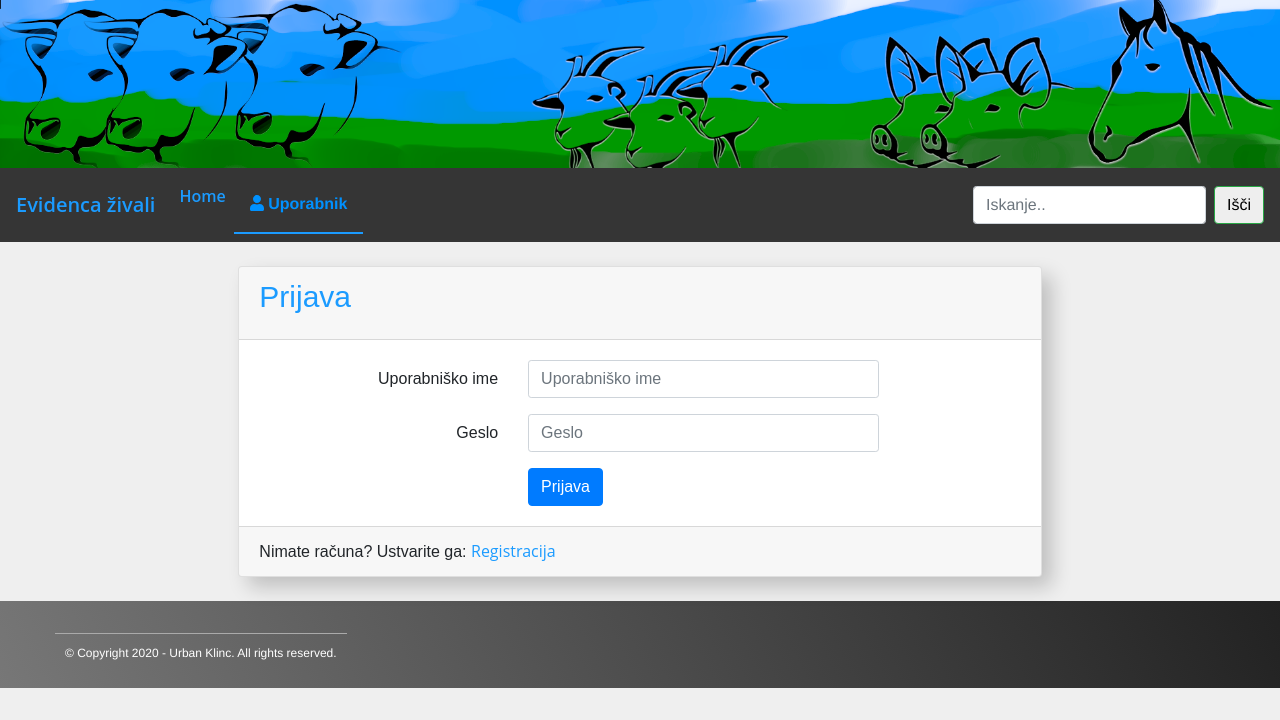
Repository: UrbyK/evidenca
Page: http://localhost/index.php?page=login
These files come from the project's save history. The page is drawn as it stood at one moment and after the next save; the edit follows.
The browser window is 1280 px wide. The pictures show the whole page.
Some web fonts or font styles are not loaded; a fallback is used. Some web libraries are served in a nearby version. The page is run by PHP 8.4 with error messages shown; the project is at /var/www/html/.

Above is the page before, as saved 2020-06-09 12:33:16.

### index.php
<?php

    include('./functions.php');
    $pdo = pdo_connect_mysql();

    $page = isset($_GET['page']) && file_exists($_GET['page']. '.php') ? $_GET['page'] : 'home';
    include($page . '.php');
?>

### functions.php
<?php
    session_start();
    include('./inc/dbh.inc.php');

function template_header($title){
    include_once('./header.php');
}

function template_footer(){
    include_once('./footer.php');
}

function get_animal($idanimal){
    $pdo = pdo_connect_mysql();
    $stmt = $pdo->prepare("SELECT * FROM animals WHERE idanimals = $idanimal");
    $stmt->execute();
    $result = $stmt->fetchAll(PDO::FETCH_ASSOC);
    foreach($result as $item):
        echo $item['ear_tag'] ." ".$item['name'];
    endforeach;
}

function is_admin() {
    if (isset($_SESSION['admin']) && ($_SESSION['admin'] == 1)) {
        return true;
    }
    else {
        return false;
    }
}


?>

### inc/dbh.inc.php
<?php
function pdo_connect_mysql(){
    /* credentials */
    $dbHost = 'localhost';
    $dbUser = 'root';
    $dbPass = '';
    $dbName = 'evidenca_zivali';

    try{
        return new PDO('mysql:host=' . $dbHost . ';dbname=' . $dbName . ';charset=utf8', $dbUser, $dbPass);
    } catch (PDOException $exception) {
    	// If there is an error with the connection, stop the script and display the error.
    	die ('Failed to connect to database!'. $exception->getMessage());
    }
}
?>

### login.php
<?=template_header("Login")?>

<div class="my-form">
    <div class="row justify-content-center">
        <div class="col-sm-8">
            <div class="card user-form">
                <div class="card-header">
                    <h1 class="card-title">Prijava</h1>
                </div>
                <div class="card-body">
                    <form method="post" action="./inc/login.inc.php" class="content">
                        <div class="form-group row">
                            <label class="col-md-4 col-form-label text-md-right" for="username">Uporabniško ime</label>
                            <div class="col-md-6">
                                <input type="text" class="form-control" name="username" id="username" placeholder="Uporabniško ime" required>
                            </div>
                        </div>
                        <div class="form-group row">
                            <label class="col-md-4 col-form-label text-md-right" for="password">Geslo</label>
                            <div class="col-md-6">
                                <input type="password" class="form-control" name="password" id="password" placeholder="Geslo" required>
                            </div>
                        </div>

                        <div class="col-md-6 offset-md-4">
                        <button type="submit" name="log_btn" class="btn btn-primary" value="Vpiši se">
                            Prijava
                            </button>
                        </div>

                    </form>
                </div>
                <div class="card-footer">
                    Nimate računa? Ustvarite ga: <a href="./index.php?page=register">Registracija</a>
                </div>
            </div>
        </div>
    </div>
</div>

<?=template_footer()?>

### header.php
<!DOCTYPE htmL>
<html>
    <head>
        <meta charset="utf-8" content="text/html">
        <meta name="viewport" content="width=device-width, initi">

    <!-- JAVASCRIPT -->
        <script src="https://cdnjs.cloudflare.com/ajax/libs/javascript.util/0.12.12/javascript.util.min.js"
        integrity="sha256-eiohPQlDytO6qQO+k+xX6LyVgfXcTzlPCy9t/VjceYo="
        crossorigin="anonymous"></script>

    <!-- JQuery -->
        <script src="https://code.jquery.com/jquery-3.5.1.js"
        integrity="sha256-QWo7LDvxbWT2tbbQ97B53yJnYU3WhH/C8ycbRAkjPDc="
        crossorigin="anonymous"></script>

    <!-- BOOTSTRAP -->
        <link href="https://stackpath.bootstrapcdn.com/bootstrap/4.5.0/css/bootstrap.min.css"
        rel="stylesheet" integrity="sha384-9aIt2nRpC12Uk9gS9baDl411NQApFmC26EwAOH8WgZl5MYYxFfc+NcPb1dKGj7Sk"
        crossorigin="anonymous">
        <script src="https://stackpath.bootstrapcdn.com/bootstrap/4.5.0/js/bootstrap.min.js"
        integrity="sha384-OgVRvuATP1z7JjHLkuOU7Xw704+h835Lr+6QL9UvYjZE3Ipu6Tp75j7Bh/kR0JKI"
        crossorigin="anonymous"></script>
        <script src="https://stackpath.bootstrapcdn.com/bootstrap/4.5.0/js/bootstrap.bundle.min.js"
        integrity="sha384-1CmrxMRARb6aLqgBO7yyAxTOQE2AKb9GfXnEo760AUcUmFx3ibVJJAzGytlQcNXd"
        crossorigin="anonymous"></script>

    <!-- FONT AWSEMOE -->
        <script src="https://cdnjs.cloudflare.com/ajax/libs/font-awesome/5.12.1/js/all.min.js"
        integrity="sha256-MAgcygDRahs+F/Nk5Vz387whB4kSK9NXlDN3w58LLq0=" crossorigin="anonymous"></script>

    <!-- CSS -->
        <link rel="stylesheet" href="./css/style.css">

    <!-- Active menu item -->
        <script src="./js/active-menu.js" crossorigin="anonymous"></script>

    </head>

    <body>
        <header>
            <div class="banner"><img src="./DB/img/animal-banner.png" alt="banner"><!--<img src="https://via.placeholder.com/1900x250" alt="banner">--></div>
        </header>

       <!-- <nav class="navbar sticky-top navbar-expand-lg navbar-light bg-light ">-->
        <nav class="navbar sticky-top navbar-expand-lg">
            <a class="navbar-brand" href="./index.php">Evidenca živali</a>
            <button class="navbar-toggler" type="button" data-toggle="collapse" data-target="#navbarSupportedContent" aria-controls="navbarSupportedContent" aria-expanded="false" aria-label="Toggle navigation">
                <span class="navbar-toggler-icon"></span>
            </button>

            <div class="collapse navbar-collapse" id="navbarSupportedContent">
                <ul class="navbar-nav mr-auto">

                    <li class="nav-item">
                        <a class="nav-link" href="./index.php">Home <span class="sr-only">(current)</span></a>
                    </li>
                    <?php if(isset($_SESSION['user_id']) && !empty($_SESSION['user_id'])): ?>
                    <li class="nav-item">
                        <div class="dropdown">
                            <button class="dropbtn">Živali</button>
                            <div class="dropdown-content">
                                <a class="nav-link" href="./index.php?page=animals">Vse živali</a>
                            </div>
                        </div>
                    </li>
                    <?php endif; ?>

                    <li class="nav-item">
                        <div class="dropdown">
                            <button class="dropbtn"><i class="fas fa-user"></i> Uporabnik</button>
                            <div class="dropdown-content">
                                <?php if(empty($_SESSION['user_id'])): ?>
                                    <a class="nav-link" href="./index.php?page=login" title="Login"><i class="fas fa-sign-in-alt"></i></i> Prijava</a>
                                    <a class="nav-link" href="./index.php?page=register" title="Register"><i class="fas fa-user-plus"></i> Registracija</a>
                                <?php endif; ?>
                                <?php if(isset($_SESSION['user_id']) && !empty($_SESSION['user_id'])): ?>
                                    <a class="nav-link" href="./index.php?page=profile" title="Profil"><i class="fas fa-address-card"></i> Profil</a>
                                    <a class="nav-link" href="./index.php?page=animal-add" title="Dodaj žival">Dodaj žival</a>
                                    <a class="nav-link" href="./index.php?page=logout" title="Logout"><i class="fas fa-sign-out-alt"></i> Izpis</a>
                                <?php endif; ?>
                            </div>
                        </div>
                    </li>
                </ul>

                <form method="GET" class="form-inline my-2 my-lg-0 search-area" action="./search.php">
                    <input class="form-control mr-sm-2" type="text" name="search" placeholder="Iskanje..">
                    <button class="btn btn-outline-success my-2 my-sm-0" name="search_btn" type="submit">Išči</button>
                </form>
            </div>
        </nav>

    <div class="container-fluid">

### footer.php
</div>  <!-- container-fluid -->

<footer class="flow-footer" role="contentinfo">

<div class="footer-wrapper">
  <div class="container container-footer">
    <div class="row">
      <!-- Column-->
      <!-- <div class="col-lg-6 col-md-6 col-sm-6 col-12">
        <div class="footer-pad">
        </div>  footer-pad
      </div> col col-lg col-md col-sm -->
      <!-- Column end -->

      <!-- <div class=" col-12">

        <h4>Sledite nam!</h4>
        <ul class="social-network social-circle">
          <li><a href="https://www.facebook.com" target="_blank" class="icoFacebook" title="Facebook"><i class="fab fa-facebook-f"></i></a></li>
          <li><a href="https://www.linkedin.com" target="_blank" class="icoLinkedin" title="Linkedin"><i class="fab fa-linkedin-in"></i></a></li>
          <li><a href="https://www.youtube.com" target="_blank" class="icoYoutube" title="Youtube"><i class="fab fa-youtube"></i></a></li>
          <li><a href="https://twitter.com" target="_blank" class="icoTwitter" title="Twitter"><i class="fab fa-twitter"></i></a></li>
        </ul>
      </div>  footer-pad
    </div> col col-lg col-md col-sm -->

  <div class="row">
    <div class="col-12 copy">
      <p class="text-center">&copy; Copyright 2020 - Urban Klinc.  All rights reserved.</p>
    </div>
  </div> <!-- row -->

  </div> <!-- container -->
</div><!-- footer-wrapper -->

</footer>

### css/style.css
@import url('http://fonts.googleapis.com/css?family=Oxygen+Mono');
@import url('https://fonts.googleapis.com/css?family=Damion|Neucha|Pacifico|Yellowtail&display=swap');
@import url('https://fonts.googleapis.com/css?family=Raleway:300,400,600');

* {
    text-decoration: none;
}

body{
    padding: 0;
    margin: 0 auto;
    font-size: 16px;
    font-family: 'Josefin Slab', Helvetica, Palatino, Verdana, sans-serif;
    background-color: #efefef;
}

a{
    color: #1b9bff;
    font-family: "Open Sans", Helvetica, sans-serif;

}

h1, h2, h3, h4, h5, h6{
    color: #1b9bff;
    font-family: 'Oxygen Mono', Tahoma, Arial, sans-serif;
/*font-family: 'Oxygen Mono', Tahoma, Arial, sans-serif;*/
}

h1{
    font-size: 30px;
}

h2{
    font-size: 26px;
}

h3{
    font-size: 22px;
}

h4{
    font-size: 18px;
}

h5{
    font-size: 14px;
}

h6{
    font-size: 10px;
}

/* ========= HEADER ======== */

/*Banner*/
header .banner{
    max-width: 100%;
    max-height: 250px;
    min-height: 50px;
    height: auto;
    position: relative;
    top: 0px;
    margin: 0 auto;
/*background-image: url(../img/animals-2222007_1920.jpg);*/
}

header .banner img{
    max-width: 100%;
    width: 100%;
    max-height: 250px;
    min-height: 50px;
    height: auto;
    position: relative;
    top: 0px;
    margin: 0 auto;
}

/* hide banner */
@media all and (max-width: 800px){
.banner{
    display: none;
    }
}

/* NAVBAR */

.navbar {
    background-color: #353535;
    color: #0091ff;
    font-weight: 600;
}

.active {
    border-bottom: 2px solid #1b9bff;
}

.navbar button {
    background-color: #eee;
    color: #010101;
    font-weight: 550;
}

.navbar button i {
    margin: auto;
}
.navbar .dropdown .dropbtn{
    background-color: inherit;
    color: inherit;
    font: inherit;
}

/* to override the existing css for "a" tag */
.navbar .active a {
    color: #fff;
}

#navbarToggler ul li {
    border-right: 1px solid #eee;
}

#navbarToggler ul li:last-child {
    border-right: none;
}

/* shoping cart icon */
.link-icons {
    display: flex;
    flex-grow: 1;
    flex-basis: 0;
    justify-content: flex-end;
    align-items: center;
    position: relative;
    max-width: 50px;
}
.link-icons a {
    text-decoration: none;
    color: #63748e;
    padding: 0 10px;
}
.link-icons a:hover {
    color: #8e97a5;
}
.link-icons a i {
    font-size: 18px;
}
.link-icons a span {
    display: inline-block;
    text-align: center;
    background-color: #63748e;
    border-radius: 50%;
    color: #FFFFFF;
    font-size: 12px;
    line-height: 16px;
    width: 16px;
    height: 16px;
    font-weight: bold;
    position: absolute;
    top: 22px;
    right: 0;
}

/* HOVER DROPDOWN */
.dropbtn {
    color: inherit;
    padding: 16px;
    font-size: 16px;
    border: none;
}

.dropbtn:hover {
    color: inherit;
}

/* The container <div> - needed to position the dropdown content */
.dropdown {
    position: relative;
    display: inline-block;
}

/* Dropdown Content (Hidden by Default) */
.dropdown-content {
    display: none;
    position: absolute;
    background-color: #757575;
    min-width: 160px;
    box-shadow: 0px 8px 16px 0px rgba(0,0,0,0.2);
    z-index: 1;
}

/* Links inside the dropdown */
.dropdown-content a {
    color: #fff;
    padding: 12px 16px;
    text-decoration: none;
    display: block;
}

/* Change color of dropdown links on hover */
.dropdown-content a:hover {
    background-color: #009900;
    color: #111;
}

/* Show the dropdown menu on hover */
.dropdown:hover .dropdown-content {
    display: block;
}

/* Change the background color of the dropdown button when the dropdown content is shown */
.dropdown:hover .dropbtn {
    background-color: #1b9bff;
    color: #fff;
}

/* FOOTER */
footer {
    background: #535355;
    background: -webkit-linear-gradient(63deg, #777777, #222222);
    background: linear-gradient(63deg, #777777, #222222);
    color: white;
    }

footer a {
    color: #fefefe;
    font-size: 14px;
    transition-duration: 0.2s;
}

footer a:hover {
    color: #1b9bff;
    text-decoration: none;
}

.copy {
    font-size: 12px;
    padding: 10px;
    border-top: 1px solid #aaa;
}

.footer-wrapper {
    padding-top: 2em;
    color: white;
}



/*SOCIAL ICONS*/
/* footer social icons */

ul.social-network {
    list-style: none;
    display: inline;
    margin-left: 0 !important;
    padding: 0;
}

ul.social-network li {
    display: inline;
    margin: 0 5px;
}


/* footer social icons */

.social-network a.icoFacebook:hover {
background-color: #3B5998;
}

.social-network a.icoLinkedin:hover {
background-color: #007bb7;
}

.social-network a.icoYoutube:hover {
    background-color: #FF0000;
}

.social-network a.icoTwitter:hover {
    background-color: #00aced;
}

.social-network a.icoFacebook:hover i,
.social-network a.icoLinkedin:hover i,
.social-network a.icoYoutube:hover i,
.social-network a.icoTwitter:hover i{
    color: #fff;
}

.social-network a.socialIcon:hover,
.socialHoverClass {
    color: #44BCDD;
}

.social-circle li a {
    display: inline-block;
    position: relative;
    margin: 0 auto 0 auto;
    -moz-border-radius: 50%;
    -webkit-border-radius: 50%;
    border-radius: 50%;
    text-align: center;
    width: 30px;
    height: 30px;
    font-size: 18px;
    color: #353535;
}

.social-circle li i {
    margin: 0;
    line-height: 30px;
    text-align: center;
}

.social-circle li a:hover {
    -moz-transform: rotate(360deg);
    -webkit-transform: rotate(360deg);
    -ms--transform: rotate(360deg);
    transform: rotate(360deg);
    -webkit-transition: all 0.6s;
    -moz-transition: all 0.6s;
    -o-transition: all 0.6s;
    -ms-transition: all 0.6s;
    transition: all 0.6s;
    color: #fff;
}

.social-circle i {
    color: #353535;
    -webkit-transition: all 0.8s;
    -moz-transition: all 0.8s;
    -o-transition: all 0.8s;
    -ms-transition: all 0.8s;
    transition: all 0.8s;
}
/* backgounf of icons when displayed */
.social-network a {
    background-color: #f9f9f9;
}


/* FORMS */
input{
    border: 1px solid #ced4da;
    border-radius: .20rem;
    transition: border-color .15s ease-in-out, box-shadow .15s ease-in-out;
}

/* LOGIN && REGISTRATION FORMS */

.my-form
{
    padding-top: 1.5rem;
    padding-bottom: 1.5rem;
    font-family: Raleway, sans-serif;
}

.my-form h1{
    font-family: inherit;
}

.my-form .row
{
    margin-left: 0;
    margin-right: 0;
}

.form-control{
    border: 1px solid #ced4da;
    border-radius: .20rem;
    transition: border-color .15s ease-in-out, box-shadow .15s ease-in-out;
}
.card {
    box-shadow: 10px 10px 20px rgba(0,0,0,0.2);
}

/* HOVER BOX */

.hvrbox,
.hvrbox * {
  box-sizing: border-box;
}

.hvrbox {
  position: relative;
  display: inline-block;
  overflow: hidden;

  height: 100%;
  width: auto;
  margin-top: 5%;
  padding-bottom: 10px;

  border-bottom: 1px dashed #aaa;
}

.hvrbox img {
  max-width: 100%;
  margin: auto;
}

.hvrbox .hvrbox-layer_bottom {
  display: block;
}

.hvrbox .hvrbox-layer_top {
  opacity: 0;
  position: absolute;
  top: 0;
  left: 0;
  right: 0;
  bottom: 0;
  width: 100%;
  height: 100%;
  background: rgba(0, 0, 0, 0.6);
  color: #fff;
  padding: 15px;
  -moz-transition: all 0.5s ease-in-out 0s;
  -webkit-transition: all 0.5s ease-in-out 0s;
  -ms-transition: all 0.5s ease-in-out 0s;
  transition: all 0.5s ease-in-out 0s;
}

.hvrbox:hover .hvrbox-layer_top,
.hvrbox.active .hvrbox-layer_top {
  opacity: 1;
  height: 100%;
}

.hvrbox .hvrbox-text {
  text-align: center;
  font-size: 17px;
  display: inline-block;
  position: absolute;
  top: 50%;
  left: 50%;
  -moz-transform: translate(-50%, -50%);
  -webkit-transform: translate(-50%, -50%);
  -ms-transform: translate(-50%, -50%);
  transform: translate(-50%, -50%);
}

.hvrbox .hvrbox-text_mobile {
  font-size: 15px;
  border-top: 1px solid rgb(179, 179, 179); /* for old browsers */
  border-top: 1px solid rgba(179, 179, 179, 0.7);
  margin-top: 5px;
  padding-top: 2px;
  display: none;
}

.hvrbox.active .hvrbox-text_mobile {
  display: block;
}

.hvrbox .hvrbox-layer_slideup {
  -moz-transform: translateY(100%);
  -webkit-transform: translateY(100%);
  -ms-transform: translateY(100%);
  transform: translateY(100%);
}

.hvrbox:hover .hvrbox-layer_slideup,
.hvrbox.active .hvrbox-layer_slideup {
  -moz-transform: translateY(0);
  -webkit-transform: translateY(0);
  -ms-transform: translateY(0);
  transform: translateY(0);
}

.hvrbox:hover .price{
  color: #fff;
  -moz-transition: color 0.8s ease 0s;
  -webkit-transition: color 0.8s ease 0s;
  -ms-transition: color 0.8s ease 0s;
  transition: color 0.8s ease 0s;
}

.btn-container{
    max-width: 300px;
    margin: 10px auto;
    text-align: center;
  }

  .btn.active, .btn:active {
    background: #cecece;
    text-decoration: none;
}

/* ANIMAL SHOW */
.animal-table{
    margin: 5px;
}
.animal-table table{
    width: 100%;
}

.animal-table table th{
    font-size: 20px;
    font-weight: 600;
}

.animal-table table,
.animal-table table tr td,
.animal-table table tr th{
    margin: 15px auto 0 auto;
    border: 2px solid #353535;
    box-shadow: 0 0 0 3px hsl(0, 0%, 70%);
    max-height: 150px;
}

.animal-table table td{
    min-width: 100px;
    max-height: 150px;

}


.animal-table{
	display: flex;
    padding: 15px 25px 15px 0px;
}

.animal img{
  max-width: 100%;
  margin: 0 auto;
  border: 2px solid #aaa;
  border-radius: 10px;
  align-content: center;
}

.animal-info{
  margin: auto 0;
  padding-right: 5%;
  padding-bottom: 55px;
  background-color: #efefef;
}

.animal-info h1 {
	font-size: 34px;
	font-weight: normal;
	margin: 0;
  padding: 20px 0 10px 0;
  color: #1b9bff;
  font-family:  'Franklin Gothic Medium', 'Arial Narrow', Arial, sans-serif;
}

.home-row{
    height: 60vh;
}

.home-card{
    margin: auto;
}

.table tr td{
    font-size: 18px;
    font-weight: 800;
}
.controls{
    margin-top: 10px;
}


.comments{
    margin-left: 25px;
    max-width: 750px;
}

.comments .card{
    width: 100%;
}

textarea#styled {
    max-width: 600px;
    width: 400px;
	height: 120px;
	border: 3px solid #cccccc;
	padding: 5px;
	font-family: Tahoma, sans-serif;
	background-image: url(bg.gif);
	background-position: bottom right;
	background-repeat: no-repeat;
}

/* COMMENTS */
.row .acomment{
    border: 1px solid #353535;
    box-shadow: 0px 8px 16px 0px rgba(0,0,0,0.2);
}
.checked{
    color: #009900;
}

### js/active-menu.js
$(function(){
    // this will get the full URL at the address bar
    var url = window.location.href;

    // passes on every "a" tag
    $(".navbar a").each(function() {
            // checks if its the same on the address bar
        if(url == (this.href)) {
            $(this).closest("li").addClass("active");
        }
    });
});

After the next save:
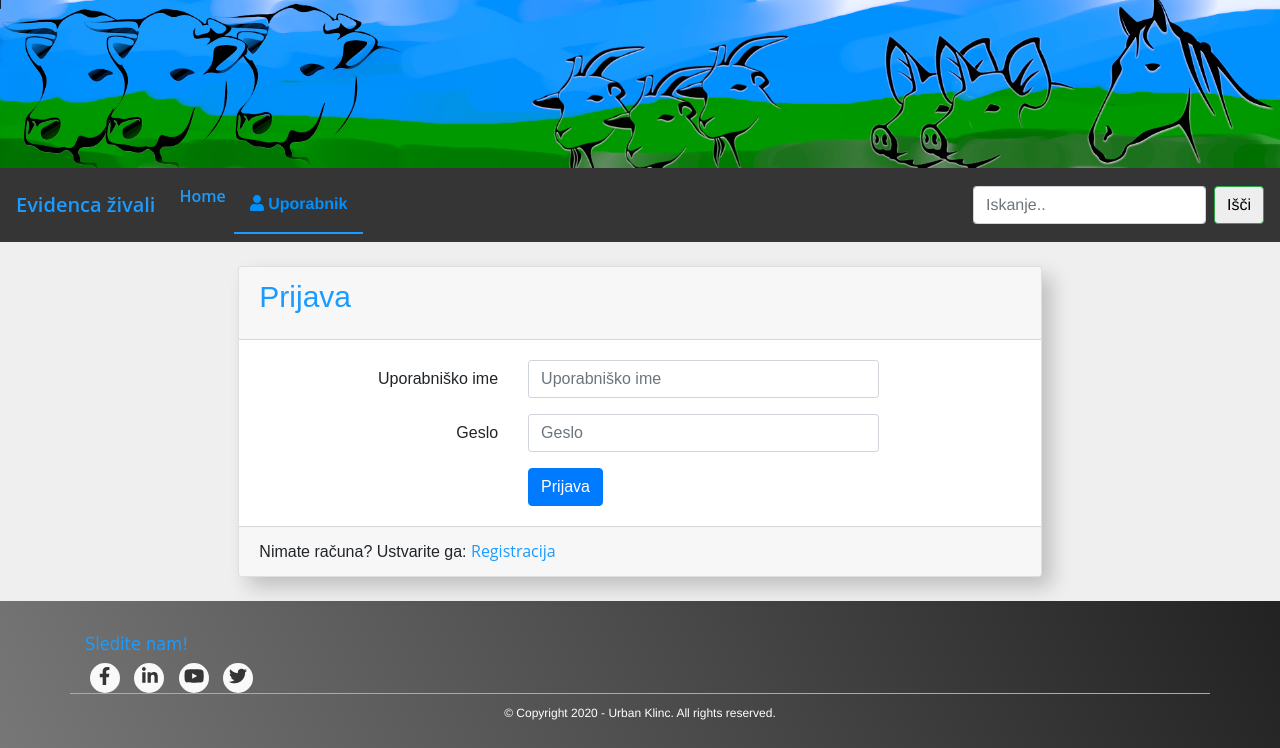
Saved 5 s later.
--- a/footer.php
+++ b/footer.php
@@ -6,13 +6,13 @@
   <div class="container container-footer">
     <div class="row">
       <!-- Column-->
-      <!-- <div class="col-lg-6 col-md-6 col-sm-6 col-12">
+      <div class="col-lg-6 col-md-6 col-sm-6 col-12">
         <div class="footer-pad">
-        </div>  footer-pad
-      </div> col col-lg col-md col-sm -->
+        </div> <!-- footer-pad -->
+      </div> <!-- col col-lg col-md col-sm -->
       <!-- Column end -->
 
-      <!-- <div class=" col-12">
+      <div class=" col-12">
 
         <h4>Sledite nam!</h4>
         <ul class="social-network social-circle">
@@ -21,8 +21,8 @@
           <li><a href="https://www.youtube.com" target="_blank" class="icoYoutube" title="Youtube"><i class="fab fa-youtube"></i></a></li>
           <li><a href="https://twitter.com" target="_blank" class="icoTwitter" title="Twitter"><i class="fab fa-twitter"></i></a></li>
         </ul>
-      </div>  footer-pad
-    </div> col col-lg col-md col-sm -->
+      </div> <!-- footer-pad -->
+    </div> <!-- col col-lg col-md col-sm -->
 
   <div class="row">
     <div class="col-12 copy">
